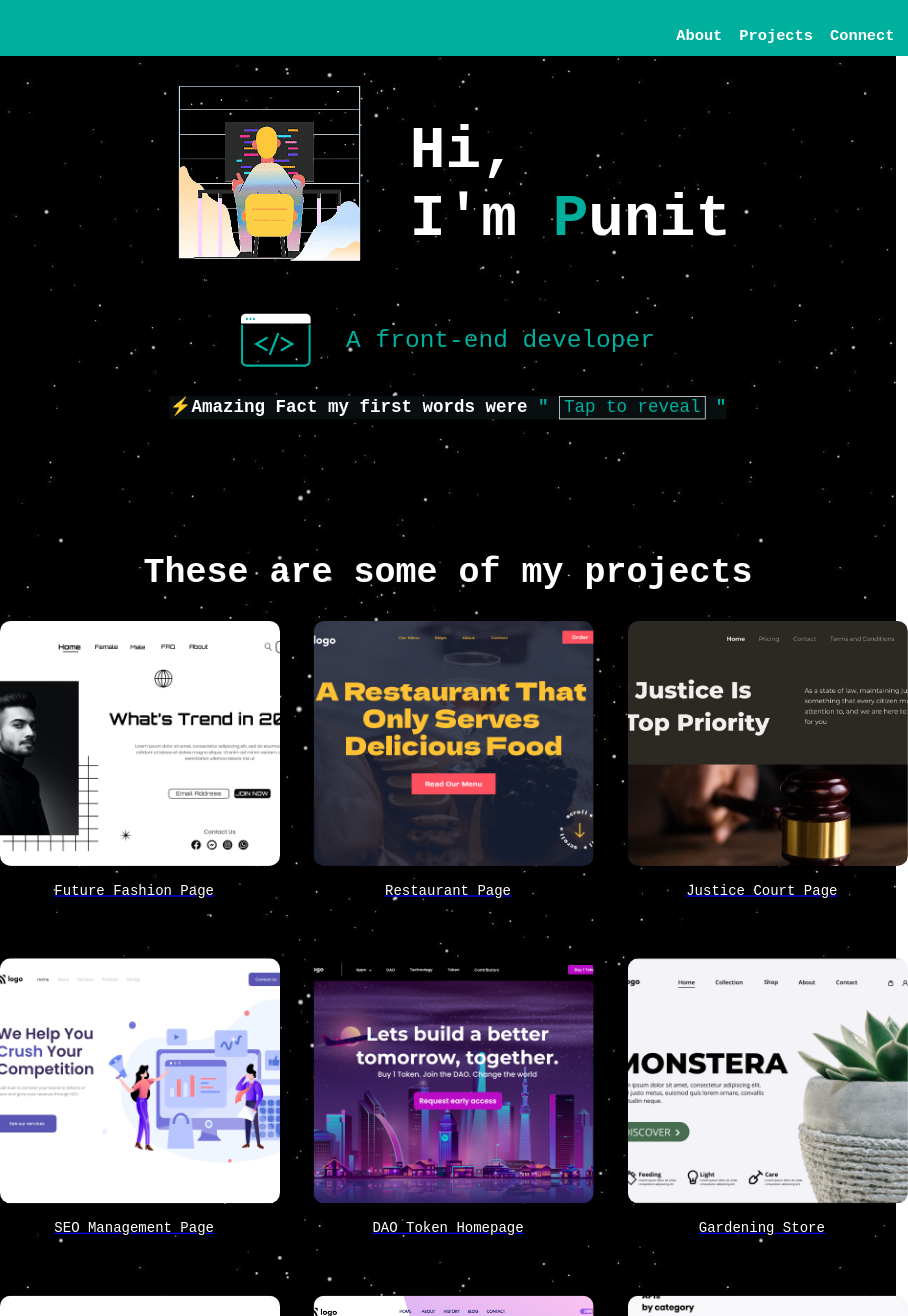
Repository: punitbathija/portfolio
Page: index.html
These files come from the project's save history. The page is drawn as it stood at one moment and after the next save; the edit follows.
The browser window is 1280 px wide. The page is 1297 px wide, then 1280 px, so the pictures cover 1297 px, including what lies to the right of the window. The pictures show the part of the page from y = 0 to 1880 px (the page is 4631 px tall before and 2679 px after), at 70% of full size.
Some web libraries are served in a nearby version.

Above is the page before, as saved 2022-10-16 11:24:13.

After the next save:
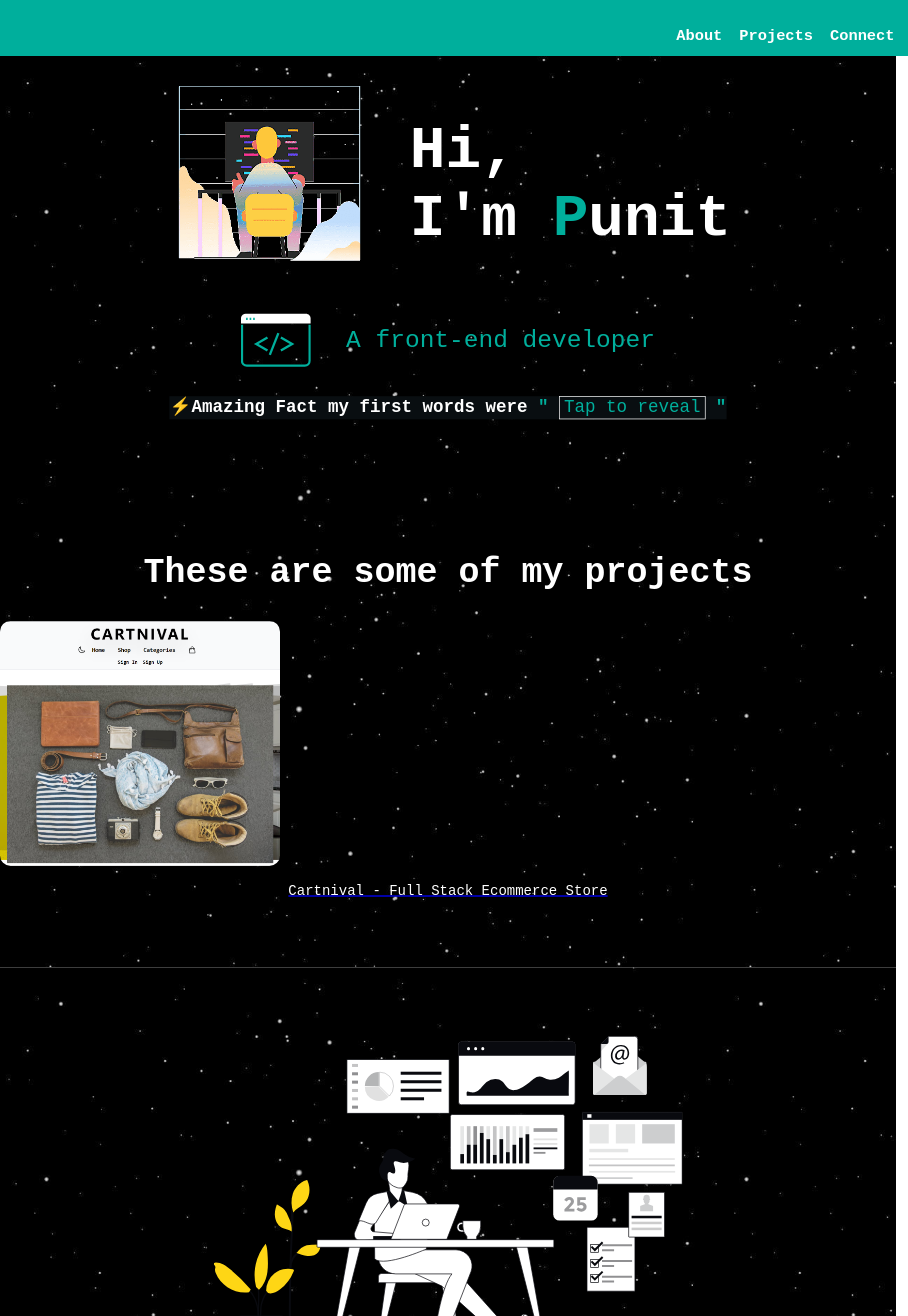
Saved 205 days later.
--- a/index.html
+++ b/index.html
@@ -39,104 +39,13 @@
     <section id="projects">
         <h2 id="projects-header">These are some of my projects</h2>
         <div id="project-grid">
-            <a href="https://future-fashion-page.netlify.app/" target="_blank" class="project-tile">
-                <img class="project-image" src="./assets/1.png" alt="project">
+            <a href="https://cartnival.netlify.app/" target="_blank" class="project-tile">
+                <img class="project-image" src="./assets/cartnival.png" alt="project">
              <p class="project-title">
-                Future Fashion Page</p>
-            </a>
-
-            <a href="https://restuarant-page.netlify.app/" target="_blank" class="project-tile">
-                <img class="project-image" src="./assets/2.png" alt="project">
-                <p class="project-title">
-                  Restaurant Page</p>
-            </a>
-
-            <a href="https://justice-page.netlify.app" target="_blank" class="project-tile">
-                <img class="project-image" src="./assets/3.png" alt="project">
-                <p class="project-title">
-                   Justice Court Page</p>
-            </a>
-
-            <a href="https://seo-management.netlify.app" target="_blank" class="project-tile">
-                <img class="project-image" src="./assets/4.png" alt="project">
-                <p class="project-title">
-                   SEO Management Page</p>
+                Cartnival - Full Stack Ecommerce Store</p>
             </a>
 
 
-            <a href="hhttps://dao-token-homepage.netlify.app" target="_blank" class="project-tile">
-                <img class="project-image" src="./assets/5.png" alt="project">
-                <p class="project-title">
-                   DAO Token Homepage</p>
-            </a>
-
-
-            <a href="https://gardening-store.netlify.app" target="_blank" class="project-tile">
-                <img class="project-image" src="./assets/6.png" alt="project">
-                <p class="project-title">
-                   Gardening Store</p>
-            </a>
-
-
-            <a href="https://shop-headphone-landing-page.netlify.app" target="_blank" class="project-tile">
-                <img class="project-image" src="./assets/7.png" alt="project">
-                <p class="project-title">
-                   Headphone Landing Page</p>
-            </a>
-
-
-            <a href="https://web-designing-page.netlify.app" target="_blank" class="project-tile">
-                <img class="project-image" src="./assets/8.png" alt="project">
-                <p class="project-title">
-                   Web Design Homepage</p>
-            </a>
-
-
-            <a href="https://developer-introduction-page.netlify.app" target="_blank" class="project-tile">
-                <img class="project-image" src="./assets/9.png" alt="project">
-                <p class="project-title">
-                   Developer Introduction Page</p>
-            </a>
-
-
-            <a href="https://interior-designer-page.netlify.app" target="_blank" class="project-tile">
-                <img class="project-image" src="./assets/10.png" alt="project">
-                <p class="project-title">
-                   Interior Designer's Homepage</p>
-            </a>
-
-
-            <a href="https://web-hosting-services.netlify.app" target="_blank" class="project-tile">
-                <img class="project-image" src="./assets/11.png" alt="project">
-                <p class="project-title">
-                   Web Hosting Services Homepage</p>
-            </a>
-
-
-            <a href="https://seo-management-web-design.netlify.app" target="_blank" class="project-tile">
-                <img class="project-image" src="./assets/12.png" alt="project">
-                <p class="project-title">
-                   SEO Management & Web Designing Homepage</p>
-            </a>
-
-
-            <a href="https://saas-product-page.netlify.app" target="_blank" class="project-tile">
-                <img class="project-image" src="./assets/13.png" alt="project">
-                <p class="project-title">
-                   SAAS Product Homepage</p>
-            </a>
-
-            <a href="https://graphic-designer-page.netlify.app" target="_blank" class="project-tile">
-                <img class="project-image" src="./assets/14.png" alt="project">
-                <p class="project-title">
-                   Graphic's Designer Homepage</p>
-            </a>
-
-            <a href="https://visual-designer-portfolio.netlify.app" target="_blank" class="project-tile">
-                <img class="project-image" src="./assets/15.png" alt="project">
-                <p class="project-title">
-                   Visual Designer Homepage</p>
-            </a>
        </div>
     </section>
 <div class="animation">
